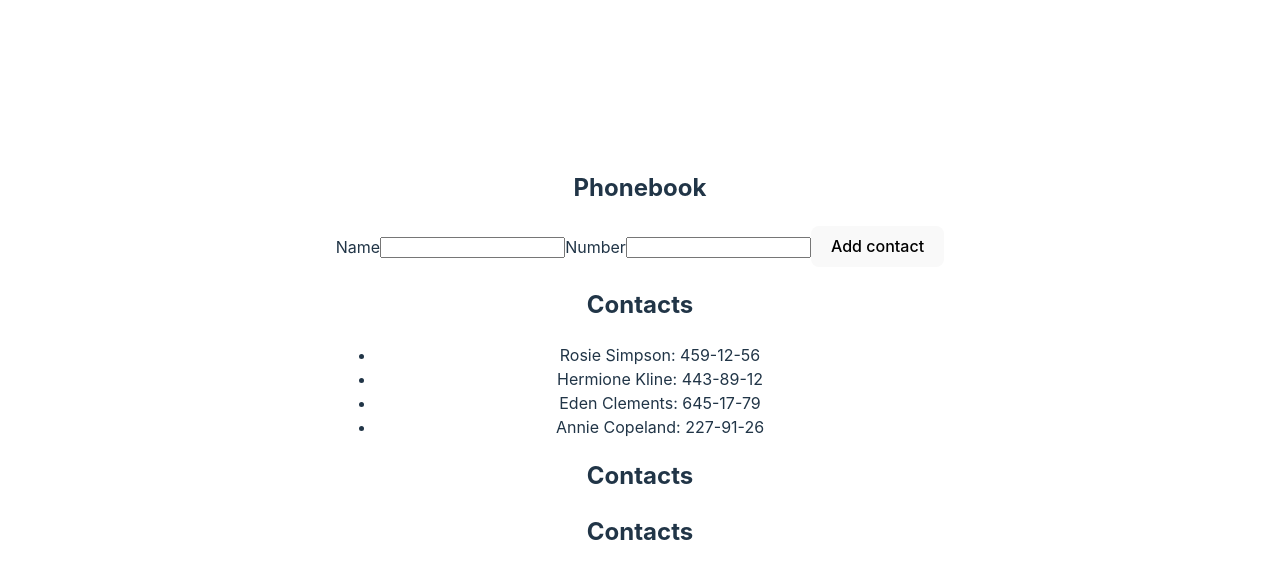
Repository: MagdalenaTyminska/React-Project-2
Page: /
An editor plug-in stored every save of this project. The page is shown before and after the next save, followed by the edit.
The browser window is 1280 px wide. The pictures show the whole page.
The project was rebuilt for these pictures with package versions that can differ from the ones it lists, and the page was loaded fresh each time. Also part of the build but not shown: vite.config.ts.

Above is the page before, as saved 2024-11-06 22:21:58.

### index.html
<!DOCTYPE html>
<html lang="en">
	<head>
		<meta charset="UTF-8" />
		<link rel="icon" type="image/svg+xml" href="/vite.svg" />
		<meta name="viewport" content="width=device-width, initial-scale=1.0" />
		<title>Project-2</title>
	</head>
	<body>
		<div id="root"></div>
		<script type="module" src="/src/main.tsx"></script>
	</body>
</html>

### src/main.tsx
import React from 'react';
import ReactDOM from 'react-dom/client';
import { App } from './App.tsx';
import './index.css';

ReactDOM.createRoot(document.getElementById('root')!).render(
	<React.StrictMode>
		<App />
	</React.StrictMode>
);

### src/App.tsx
import './App.css';
import { Component } from 'react';
import { Section } from './Section/Section';
import { Form } from './Form/Form';
import { ContactList } from './ContactList/ContactList';
import { Contact } from './Form/Form';

class App extends Component {
	state = {
		contacts: [] as Contact[],
	};

	// Funkcja do dodawania nowego kontaktu
	addContact = (newContact: Contact) => {
		this.setState((prevState) => ({
			contacts: [...prevState.contacts, newContact],
		}));
	};

	render() {
		return (
			<div>
				<Section title='Phonebook'>
					<Form addContact={this.addContact} />
				</Section>
				<Section title='Contacts'>
					<ContactList contacts={this.state.contacts} />
				</Section>
			</div>
		);
	}
}

export { App };

### src/Section/Section.tsx
import { Component, ReactNode } from 'react';

type SectionProps = {
	title: string;
	children: ReactNode;
};

export class Section extends Component<SectionProps> {
	render() {
		const { title, children } = this.props;

		return (
			<section>
				<h2>{title}</h2>
				{children}
			</section>
		);
	}
}

### src/Form/Form.tsx
import { Component } from 'react';
import { Input } from './Input/Input';
import { nanoid } from 'nanoid';
import users from '../users.json';
import { ContactList } from '../ContactList/ContactList';

interface Contact {
	id: string;
	name: string;
	number: string;
}

interface FormState {
	contacts: Contact[];
	name: string;
	number: string;
}

export class Form extends Component<{}, FormState> {
	state: FormState = {
		contacts: users as Contact[],
		name: '',
		number: '',
	};

	handleChange = (event: React.ChangeEvent<HTMLInputElement>): void => {
		const { name, value } = event.target;
		this.setState({
			[name]: value,
		} as Pick<FormState, 'name' | 'number'>);
	};

	handleSubmit = (event: React.FormEvent): void => {
		event.preventDefault();
		const { name, number, contacts } = this.state;

		if (contacts.some((contact) => contact.name === name)) {
			alert(`${name} is already in contacts.`);
			return;
		}

		const newContact: Contact = {
			id: nanoid(),
			name,
			number,
		};

		this.setState((prevState) => ({
			contacts: [...prevState.contacts, newContact],
			name: '',
			number: '',
		}));
	};

	render() {
		const { name, number, contacts } = this.state;

		return (
			<>
				<form onSubmit={this.handleSubmit}>
					<Input
						label='Name'
						type='text'
						name='name'
						pattern="^[a-zA-Zа-яА-Я]+(([' -][a-zA-Zа-яА-Я])?[a-zA-Zа-яА-Я]*)*$"
						title='Name may contain only letters, apostrophe, dash and spaces.'
						required
						value={name}
						onChange={this.handleChange}
					/>
					<Input
						label='Number'
						type='tel'
						name='number'
						pattern='\+?\d{1,4}?[-.\s]?\(?\d{1,3}?\)?[-.\s]?\d{1,4}[-.\s]?\d{1,4}[-.\s]?\d{1,9}'
						title='Phone number must be digits and can contain spaces, dashes, parentheses and can start with +'
						required
						value={number}
						onChange={this.handleChange}
					/>
					<button type='submit'>Add contact</button>
				</form>

				<ContactList contacts={contacts} />
			</>
		);
	}
}

### src/ContactList/ContactList.tsx
import { Component } from 'react';

interface Contact {
	id: string;
	name: string;
	number: string;
}

interface ContactListProps {
	contacts: Contact[];
}

export class ContactList extends Component<ContactListProps> {
	render() {
		const { contacts } = this.props;

		return (
			<>
				<h2>Contacts</h2>
				<ul>
					{contacts.map((contact) => (
						<li key={contact.id}>
							{contact.name}: {contact.number}
						</li>
					))}
				</ul>
			</>
		);
	}
}

### src/Form/Input/Input.tsx
import { Component } from 'react';

type InputProps = {
	label: string;
	type: string;
	name: string;
	pattern: string;
	title: string;
	required: boolean;
	value: string;
	onChange: (event: React.ChangeEvent<HTMLInputElement>) => void;
};

export class Input extends Component<InputProps> {
	render() {
		const { label, type, name, pattern, title, required, onChange, value } = this.props;

		return (
			<>
				<label>{label}</label>
				<input type={type} name={name} pattern={pattern} title={title} required={required} onChange={onChange} value={value} />
			</>
		);
	}
}

### src/users.json
[
    {
        "id": "id-1",
        "name": "Rosie Simpson",
        "number": "459-12-56"
    },
    {
        "id": "id-2",
        "name": "Hermione Kline",
        "number": "443-89-12"
    },
    {
        "id": "id-3",
        "name": "Eden Clements",
        "number": "645-17-79"
    },
    {
        "id": "id-4",
        "name": "Annie Copeland",
        "number": "227-91-26"
    }
]

Loaded but not shown: src/index.css (common file); src/App.css (common file)

After the next save:
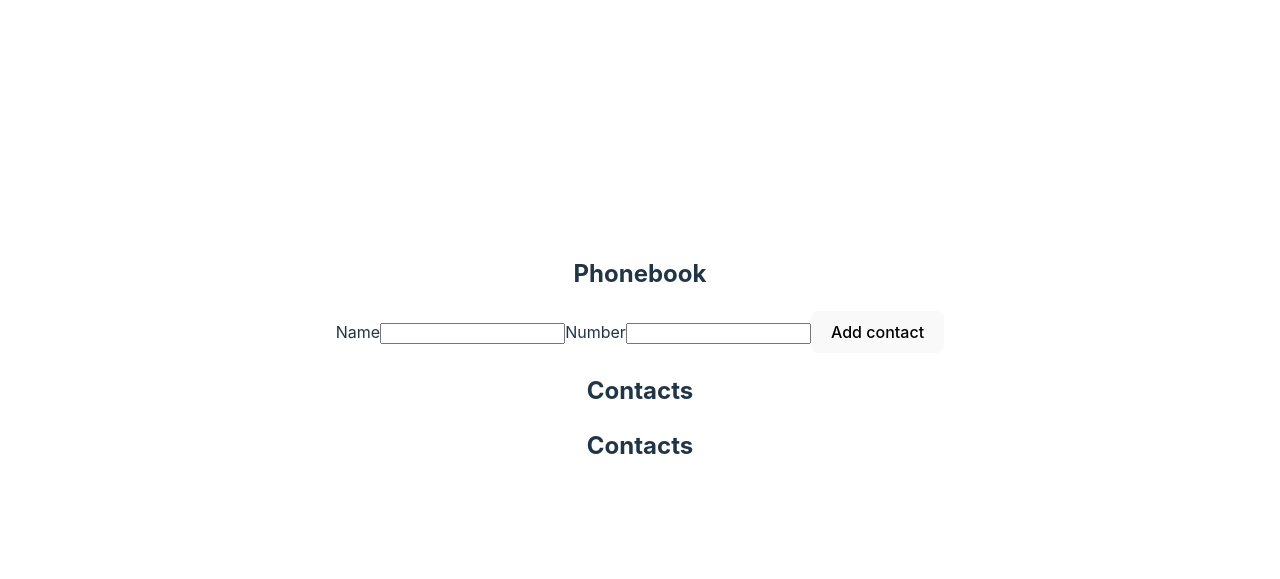
Saved 7 s later.
--- a/src/Form/Form.tsx
+++ b/src/Form/Form.tsx
@@ -2,7 +2,6 @@
 import { Input } from './Input/Input';
 import { nanoid } from 'nanoid';
 import users from '../users.json';
-import { ContactList } from '../ContactList/ContactList';
 
 interface Contact {
 	id: string;
@@ -11,14 +10,16 @@
 }
 
 interface FormState {
-	contacts: Contact[];
 	name: string;
 	number: string;
 }
 
-export class Form extends Component<{}, FormState> {
+interface FormProps {
+	addContact: (newContact: Contact) => void;
+}
+
+export class Form extends Component<FormProps, FormState> {
 	state: FormState = {
-		contacts: users as Contact[],
 		name: '',
 		number: '',
 	};
@@ -32,12 +33,7 @@
 
 	handleSubmit = (event: React.FormEvent): void => {
 		event.preventDefault();
-		const { name, number, contacts } = this.state;
-
-		if (contacts.some((contact) => contact.name === name)) {
-			alert(`${name} is already in contacts.`);
-			return;
-		}
+		const { name, number } = this.state;
 
 		const newContact: Contact = {
 			id: nanoid(),
@@ -45,44 +41,42 @@
 			number,
 		};
 
-		this.setState((prevState) => ({
-			contacts: [...prevState.contacts, newContact],
+		// Przekazujemy nowy kontakt do App
+		this.props.addContact(newContact);
+
+		this.setState({
 			name: '',
 			number: '',
-		}));
+		});
 	};
 
 	render() {
-		const { name, number, contacts } = this.state;
+		const { name, number } = this.state;
 
 		return (
-			<>
-				<form onSubmit={this.handleSubmit}>
-					<Input
-						label='Name'
-						type='text'
-						name='name'
-						pattern="^[a-zA-Zа-яА-Я]+(([' -][a-zA-Zа-яА-Я])?[a-zA-Zа-яА-Я]*)*$"
-						title='Name may contain only letters, apostrophe, dash and spaces.'
-						required
-						value={name}
-						onChange={this.handleChange}
-					/>
-					<Input
-						label='Number'
-						type='tel'
-						name='number'
-						pattern='\+?\d{1,4}?[-.\s]?\(?\d{1,3}?\)?[-.\s]?\d{1,4}[-.\s]?\d{1,4}[-.\s]?\d{1,9}'
-						title='Phone number must be digits and can contain spaces, dashes, parentheses and can start with +'
-						required
-						value={number}
-						onChange={this.handleChange}
-					/>
-					<button type='submit'>Add contact</button>
-				</form>
-
-				<ContactList contacts={contacts} />
-			</>
+			<form onSubmit={this.handleSubmit}>
+				<Input
+					label='Name'
+					type='text'
+					name='name'
+					pattern="^[a-zA-Zа-яА-Я]+(([' -][a-zA-Zа-яА-Я])?[a-zA-Zа-яА-Я]*)*$"
+					title='Name may contain only letters, apostrophe, dash and spaces.'
+					required
+					value={name}
+					onChange={this.handleChange}
+				/>
+				<Input
+					label='Number'
+					type='tel'
+					name='number'
+					pattern='\+?\d{1,4}?[-.\s]?\(?\d{1,3}?\)?[-.\s]?\d{1,4}[-.\s]?\d{1,4}[-.\s]?\d{1,9}'
+					title='Phone number must be digits and can contain spaces, dashes, parentheses and can start with +'
+					required
+					value={number}
+					onChange={this.handleChange}
+				/>
+				<button type='submit'>Add contact</button>
+			</form>
 		);
 	}
 }
